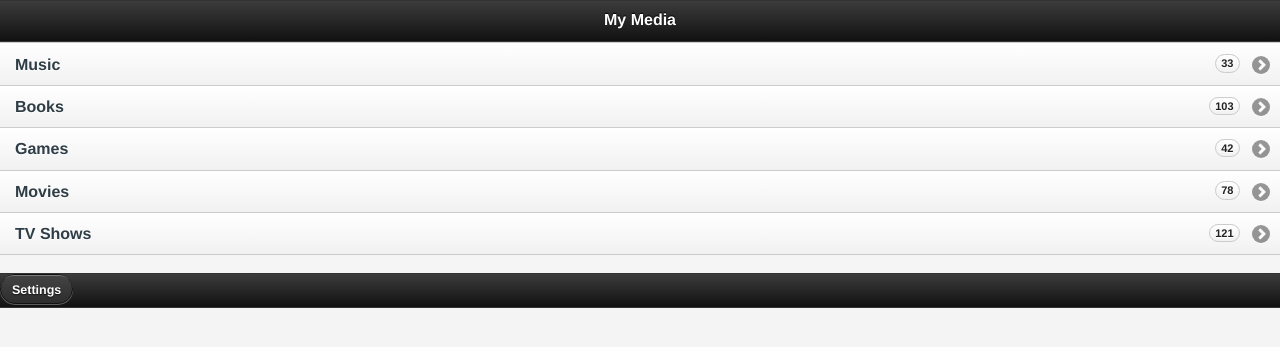
Repository: shavo0915/MediaCollectionApp
Page: MediaCollectionApp/assets/www/index.html
The author's editor kept a copy of each file at every save. The page is drawn from the files as they stood at one save, then again after the next save.
The browser window is 1280 px wide. The pictures show the whole page.

Above is the page before, as saved 2013-01-30 22:16:51.

### MediaCollectionApp/assets/www/index.html
<!DOCTYPE html>
<html>
<head>
	<title>Media Collection App</title>
	<meta name="viewport" content="width=device-width, initial-scale=1">
	<link rel="stylesheet" href="jquery.mobile-1.2.0/jquery.mobile-1.2.0.css" />
	<script src="jQuery/jquery-1.8.2.js"></script>
	<script src="jquery.mobile-1.2.0/jquery.mobile-1.2.0.js"></script>
</head>
<body>

<div data-role="page">

	<div data-role="header">
		<h1>My Media</h1>
	</div><!-- /header -->
		<ul data-role="listview">
			<li>
				<a href="">
					Music
					<span class="ui-li-count">33</span>
				</a>
			</li>
			<li>
				<a href="">
					Books
					<span class="ui-li-count">103</span>
				</a>
			</li>
			<li>
				<a href="">
					Games
					<span class="ui-li-count">42</span>
				</a>
			</li>
			<li>
				<a href="">
					Movies
					<span class="ui-li-count">78</span>
				</a>
			</li>
			<li>
				<a href="">
					TV Shows
					<span class="ui-li-count">121</span>
				</a>
			</li>

			<div class="element-spacing">
				&nbsp;
			</div>

			<div data-role="footer">
				<a href="" data-role="button" data-theme="a">Settings</a>
			</div>

		</ul>

	</div><!-- /page -->

</body>
</html>

Loaded but not shown: MediaCollectionApp/assets/www/jquery.mobile-1.2.0/jquery.mobile-1.2.0.css (library); MediaCollectionApp/assets/www/jQuery/jquery-1.8.2.js (library); MediaCollectionApp/assets/www/jquery.mobile-1.2.0/jquery.mobile-1.2.0.js (library)

After the next save:
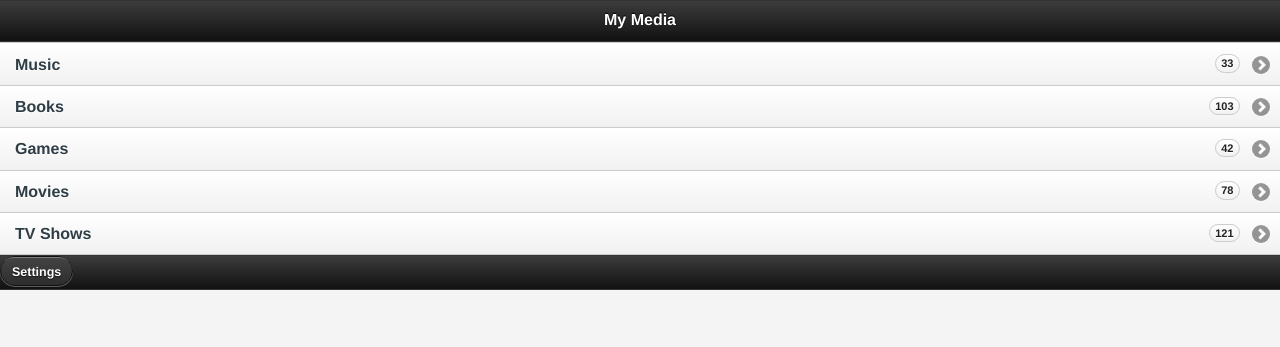
Saved 14 s later.
--- a/MediaCollectionApp/assets/www/index.html
+++ b/MediaCollectionApp/assets/www/index.html
@@ -46,10 +46,6 @@
 				</a>
 			</li>
 
-			<div class="element-spacing">
-				&nbsp;
-			</div>
-
 			<div data-role="footer">
 				<a href="" data-role="button" data-theme="a">Settings</a>
 			</div>
